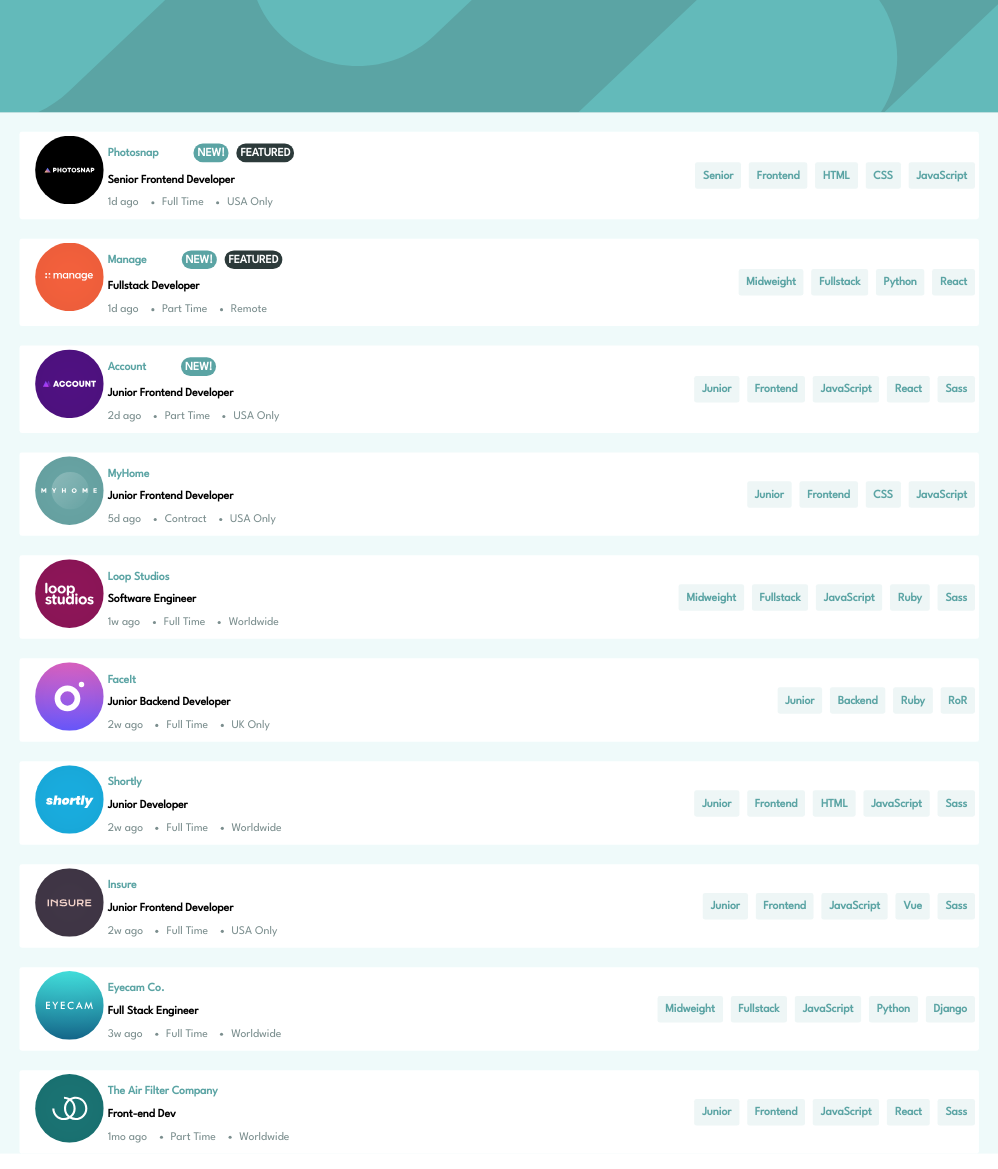
Repository: DevLaukey/job-listing
Page: /
An editor plug-in stored every save of this project. The page is shown before and after the next save, followed by the edit.
The browser window is 1280 px wide. The pictures show the whole page, at 78% of full size.
Some web fonts or font styles are not loaded; a fallback is used. The project was rebuilt for these pictures with package versions that can differ from the ones it lists, and the page was loaded fresh each time. Also part of the build but not shown: src/components/Filter.js.

Above is the page before, as saved 2022-06-06 00:01:46.

After the next save:
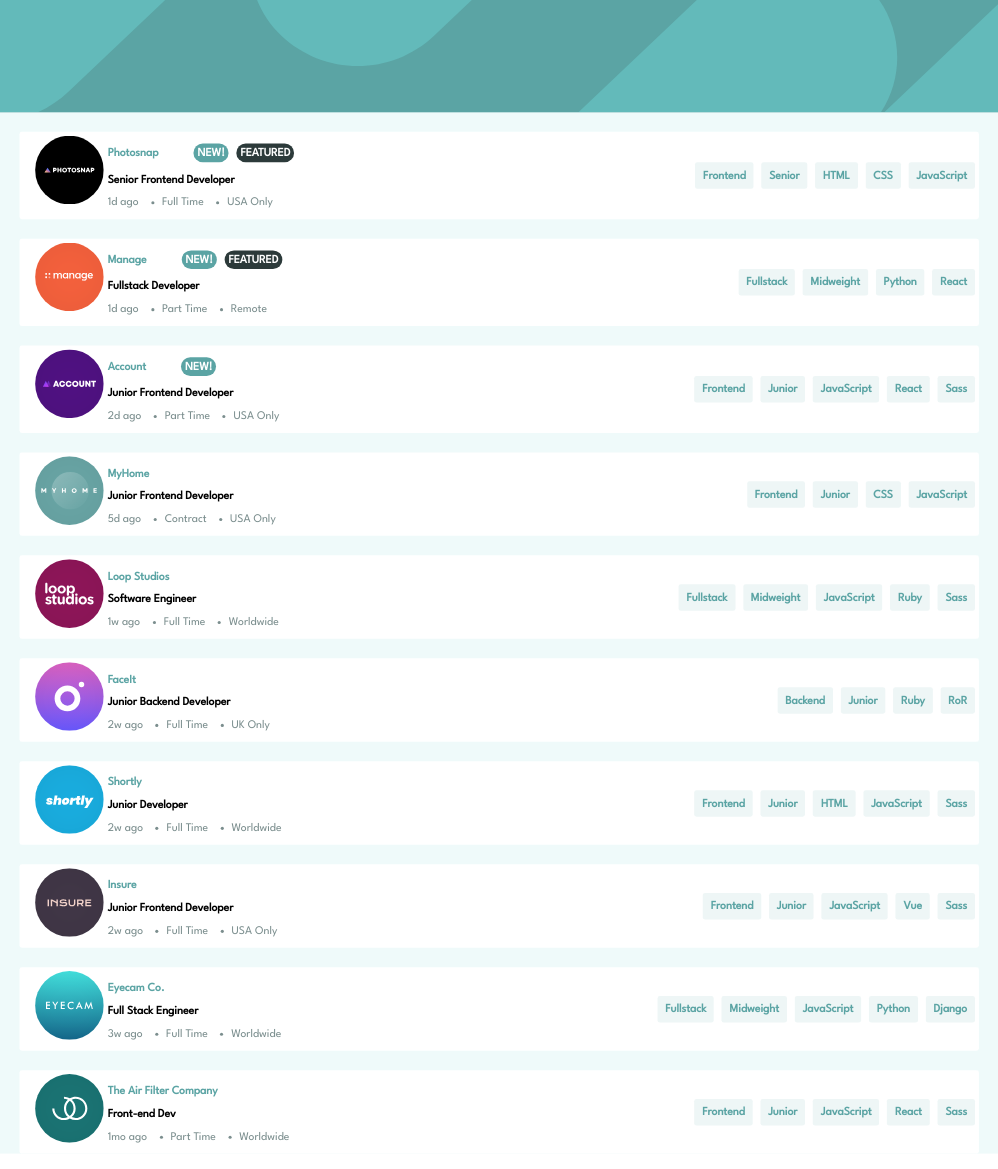
Saved 113 s later.
--- a/src/components/Tablet.js
+++ b/src/components/Tablet.js
@@ -34,8 +34,16 @@ function Tablet(props) {
         <hr className="line" />
       </div>
       <div className="tags">
-        <p className="category">{level}</p>
-        <p className="category">{role}</p>
+        <Tagbox
+          onClick={props.onClick}
+          tagList={props.tagList}
+          tagName={role}
+        />
+        <Tagbox
+          onClick={props.onClick}
+          tagList={props.tagList}
+          tagName={level}
+        />
         {languages.map((e, id) => (
           <Tagbox
             onClick={props.onClick}
